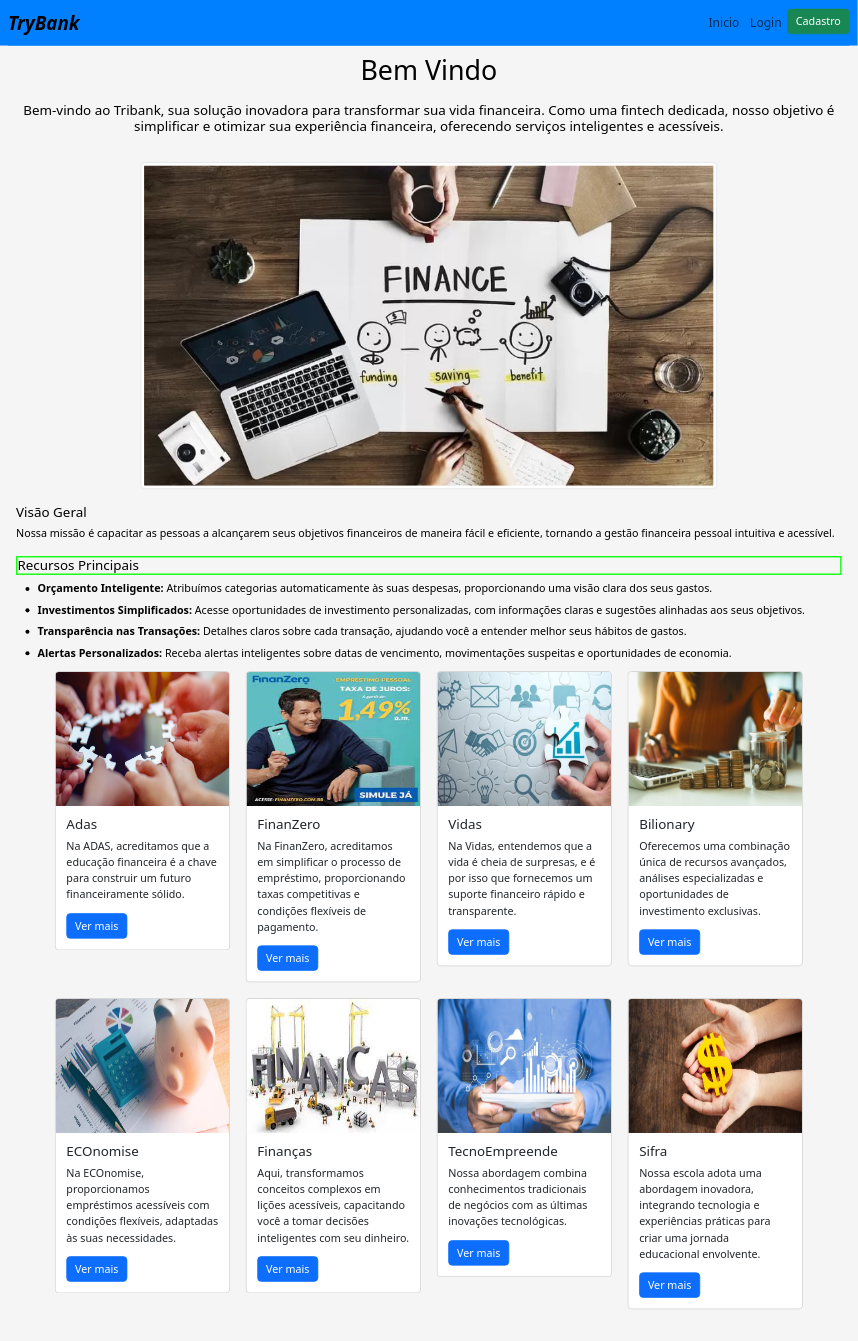
Repository: Rara05/FintechJava-Fiap
Page: http://localhost/Fintech/home.jsp
The author's editor kept a copy of each file at every save. The page is drawn from the files as they stood at one save, then again after the next save.
The browser window is 1280 px wide. The pictures show the whole page, at 67% of full size.
The page is served by Tomcat 10. Other server files are loaded and not shown.

Above is the page before, as saved 2023-11-10 23:00:08.

### Fintech/WebContent/home.jsp
<%@ page language="java" contentType="text/html; charset=ISO-8859-1" pageEncoding="ISO-8859-1"%>
<!DOCTYPE html PUBLIC "-//W3C//DTD HTML 4.01 Transitional//EN" "http://www.w3.org/TR/html4/loose.dtd">
<html>
<head>
    <meta http-equiv="Content-Type" content="text/html; charset=ISO-8859-1">

    <!-- link css -->
    <link rel="stylesheet" type="text/css" href="modelo.css">

    <title>TryBank</title>
    <%@ include file="header.jsp" %>

</head>
<body class="princ">

<%@ include file="menu.jsp" %>

<div class="container-fluid">

    <h1 class="text-center" style="margin-top: 12px;" >Bem Vindo</h1>




    <h5 class="text-center" style="margin-top: 24px; margin-bottom: 20px;">

      Bem-vindo ao Tribank, sua solução inovadora para transformar sua vida financeira.
      Como uma fintech dedicada, nosso objetivo é simplificar e otimizar sua experiência financeira, oferecendo serviços inteligentes e acessíveis.

    </h5>

    <p class="text-center">
        <img src="./img/Taunb.png" class="img-fluid img-thumbnail" style="margin-top: 22px;">
    </p>




<div class="container-fluid" >

      	<h5 style="margin-top: 22px; ">Visão Geral</h5>

      <p>

      Nossa missão é capacitar as pessoas a alcançarem seus objetivos financeiros de maneira fácil e eficiente,
      tornando a gestão financeira pessoal intuitiva e acessível.

      </p>



		<h5 class="recurso" style="margin-top: 22px; border: 2px solid #00ff00;">Recursos Principais</h5>
    <ul>
        <li style="margin-top: 8px;"><strong>Orçamento Inteligente:</strong> Atribuímos categorias automaticamente às suas despesas, proporcionando uma visão clara dos seus gastos.</li>
        <li style="margin-top: 8px;"><strong>Investimentos Simplificados:</strong> Acesse oportunidades de investimento personalizadas, com informações claras e sugestões alinhadas aos seus objetivos.</li>
        <li style="margin-top: 8px;"><strong>Transparência nas Transações:</strong> Detalhes claros sobre cada transação, ajudando você a entender melhor seus hábitos de gastos.</li>
        <li style="margin-top: 8px;"><strong>Alertas Personalizados:</strong> Receba alertas inteligentes sobre datas de vencimento, movimentações suspeitas e oportunidades de economia.</li>
    </ul>

</div>



<!-- cards propagandas  -->

<div class="container" style="margin-top: 12px; margin-bottom: 24px;">
    <div class="row justify-content-center">
        <div class="col-sm-12 col-md-6 col-lg-4 col-xl-3"style= "margin-bottom: 24px">
            <div class="card">
                <img src="./img/adas.png" class="card-img-top" alt="..." style="width: 100%; height: 200px;">
                <div class="card-body">
                    <h5 class="card-title">Adas</h5>
                    <p class="card-text">Na ADAS, acreditamos que a educação financeira é a chave para construir um futuro financeiramente sólido.</p>
                    <a href="#" class="btn btn-primary">Ver mais</a>
                </div>
            </div>
        </div>

        <div class="col-sm-12 col-md-6 col-lg-4 col-xl-3"style= "margin-bottom: 24px">
            <div class="card">
                <img src="./img/selso.png" class="card-img-top" alt="..." style="width: 100%; height: 200px;">
                <div class="card-body">
                    <h5 class="card-title">FinanZero</h5>
                    <p class="card-text">Na FinanZero, acreditamos em simplificar o processo de empréstimo, proporcionando taxas competitivas e condições flexíveis de pagamento.</p>
                    <a href="#" class="btn btn-primary">Ver mais</a>
                </div>
            </div>
        </div>

        <div class="col-sm-12 col-md-6 col-lg-4 col-xl-3"style= "margin-bottom: 24px">
            <div class="card">
                <img src="./img/vidas.png" class="card-img-top" alt="..." style="width: 100%; height: 200px;">
                <div class="card-body">
                    <h5 class="card-title">Vidas</h5>
                    <p class="card-text">Na Vidas, entendemos que a vida é cheia de surpresas, e é por isso que fornecemos um suporte financeiro rápido e transparente.</p>
                    <a href="#" class="btn btn-primary">Ver mais</a>
                </div>
            </div>
        </div>

        <div class="col-sm-12 col-md-6 col-lg-4 col-xl-3"style= "margin-bottom: 24px">
            <div class="card">
                <img src="./img/Bilionary.png" class="card-img-top" alt="..." style="width: 100%; height: 200px;">
                <div class="card-body">
                    <h5 class="card-title">Bilionary</h5>
                    <p class="card-text">Oferecemos uma combinação única de recursos avançados, análises especializadas e oportunidades de investimento exclusivas. </p>
                    <a href="#" class="btn btn-primary">Ver mais</a>
                </div>
            </div>
        </div>
        <div class="col-sm-12 col-md-6 col-lg-4 col-xl-3"style= "margin-bottom: 24px">
            <div class="card">
                <img src="./img/ECOnomise.png" class="card-img-top" alt="..." style="width: 100%; height: 200px;">
                <div class="card-body">
                    <h5 class="card-title">ECOnomise</h5>
                    <p class="card-text">Na ECOnomise, proporcionamos empréstimos acessíveis com condições flexíveis, adaptadas às suas necessidades.</p>
                    <a href="#" class="btn btn-primary">Ver mais</a>
                </div>
            </div>
        </div>
        <div class="col-sm-12 col-md-6 col-lg-4 col-xl-3"style= "margin-bottom: 24px">
            <div class="card">
                <img src="./img/Financas.png" class="card-img-top" alt="..." style="width: 100%; height: 200px;">
                <div class="card-body">
                    <h5 class="card-title">Finanças</h5>
                    <p class="card-text">Aqui, transformamos conceitos complexos em lições acessíveis, capacitando você a tomar decisões inteligentes com seu dinheiro.</p>
                    <a href="#" class="btn btn-primary">Ver mais</a>
                </div>
            </div>
        </div>
        <div class="col-sm-12 col-md-6 col-lg-4 col-xl-3"style= "margin-bottom: 24px">
            <div class="card">
                <img src="./img/tecnologia.jpg" class="card-img-top" alt="..." style="width: 100%; height: 200px;">
                <div class="card-body">
                    <h5 class="card-title">TecnoEmpreende</h5>
                    <p class="card-text">Nossa abordagem combina conhecimentos tradicionais de negócios com as últimas inovações tecnológicas.</p>
                    <a href="#" class="btn btn-primary">Ver mais</a>
                </div>
            </div>
        </div>
        <div class="col-sm-12 col-md-6 col-lg-4 col-xl-3"style= "margin-bottom: 24px">
            <div class="card">
                <img src="./img/Sifra.png" class="card-img-top" alt="..." style="width: 100%; height: 200px;">
                <div class="card-body">
                    <h5 class="card-title">Sifra</h5>
                    <p class="card-text">Nossa escola adota uma abordagem inovadora, integrando tecnologia e experiências práticas para criar uma jornada educacional envolvente.</p>
                    <a href="#" class="btn btn-primary">Ver mais</a>
                </div>
            </div>
        </div>
    </div>
</div>

<%@ include file="footer.jsp" %>
</body>
</html>

### Fintech/WebContent/header.jsp
<link rel="stylesheet" type="text/css" href="resources/css/bootstrap.min.css">

### Fintech/WebContent/menu.jsp
<div id="marge" class="container-fluid">
<nav id="navegacao" class="navbar navbar-expand-lg ">

<!--inicio logo -->
      <a id="logo" class="navbar-brand" href="#">TryBank</a>
<!-- Fim da logo   -->

<!-- inicio Nav -->
    <button class="navbar-toggler" type="button" data-bs-toggle="collapse" data-bs-target="#navbarTogglerDemo01" aria-controls="navbarTogglerDemo01" aria-expanded="false" aria-label="Toggle navigation">
      <span class="navbar-toggler-icon"></span>
    </button>
    <div class="collapse navbar-collapse" id="navbarTogglerDemo01">
      <ul class="navbar-nav me-auto mb-2 mb-lg-0">

      </ul>
      <div  class="d-flex">
        <ul class="navbar-nav me-auto mb-2 mb-lg-0">
        <li class="nav-item">
          <a class="nav-link" href="#">Inicio</a>
        </li>
        <li class="nav-item">
          <a class="nav-link" href="#">Login</a>
        </li>
        <li class="nav-item">
          <a class="btn btn-success" href="#">Cadastro</a>
        </li>
        </ul>
      </div>
    </div>
</nav>
  </div>
<!-- fim da Nave -->

### Fintech/WebContent/footer.jsp
<script type="text/javascript" src="resources/js/jquery-3.7.1.min.js"></script>
<script type="text/javascript" src="resources/js/bootstrap.min.js"></script>

### Fintech/WebContent/modelo.css
@charset "ISO-8859-1";
/*Estilo do menu*/
#marge{
	background-color: rgb(0, 128, 255);

}


#navegacao {
	background-color: rgb(0, 128, 255);

}

#navbarTogglerDemo01{
	margin-left: 14px ;

}

.nav-item {
	font-size: 18px;
	font-weight: 500;
}

#logo {

    font-size: 28px;
    font-weight: 700;
    font-style: italic;
}



/*Estilo da Home*/
.princ {
	color:rgb(0, 0, 0);
	background-color: rgb(245, 245, 245);
}

.recurso{

	border: 2px dashed #00ff00;

}

Loaded but not shown: Fintech/WebContent/resources/css/bootstrap.min.css (library); Fintech/WebContent/resources/js/jquery-3.7.1.min.js (library); Fintech/WebContent/resources/js/bootstrap.min.js (library)

After the next save:
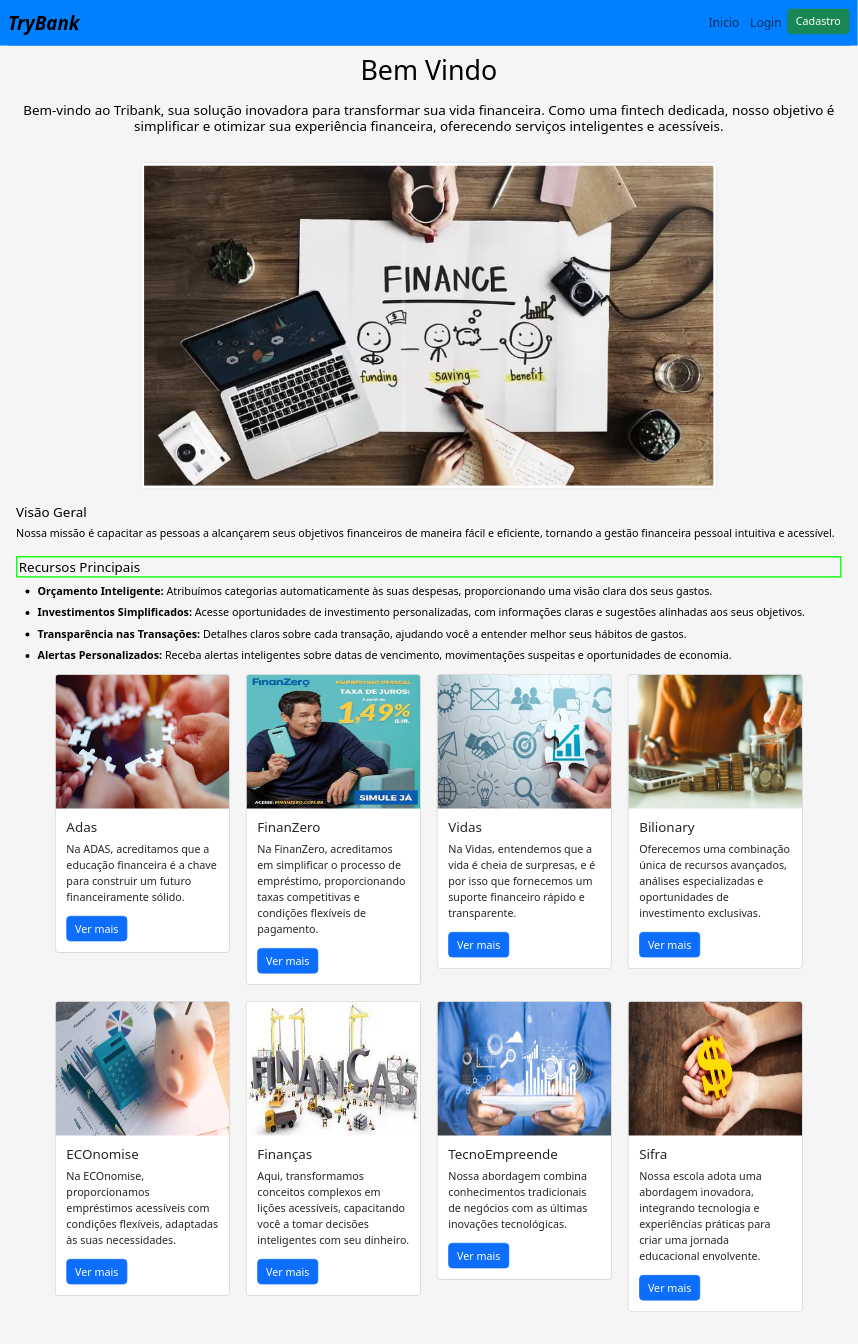
Saved 53 s later.
--- a/Fintech/WebContent/home.jsp
+++ b/Fintech/WebContent/home.jsp
@@ -49,7 +49,8 @@
 
 
 
-		<h5 class="recurso" style="margin-top: 22px; border: 2px solid #00ff00;">Recursos Principais</h5>
+		<h5 class="recurso" style="margin-top: 22px; border: 2px solid #00ff00; padding: 2px;">Recursos Principais</h5>
+
     <ul>
         <li style="margin-top: 8px;"><strong>Orçamento Inteligente:</strong> Atribuímos categorias automaticamente às suas despesas, proporcionando uma visão clara dos seus gastos.</li>
         <li style="margin-top: 8px;"><strong>Investimentos Simplificados:</strong> Acesse oportunidades de investimento personalizadas, com informações claras e sugestões alinhadas aos seus objetivos.</li>
